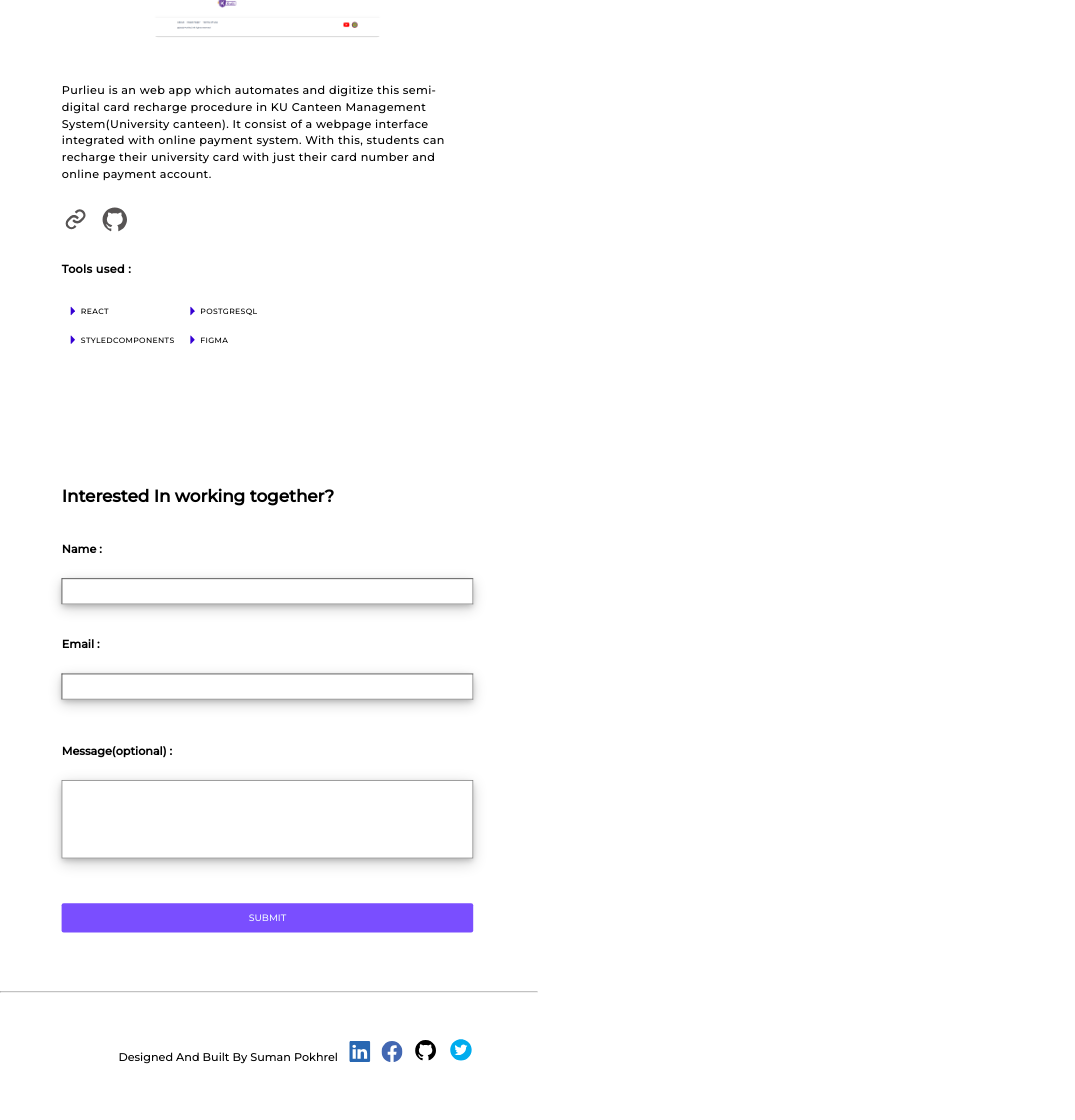
Repository: iamsumanp/portfolio
Page: /
The author's editor kept a copy of each file at every save. The page is drawn from the files as they stood at one save, then again after the next save.
The browser window is 768 px wide. The page is 1536 px wide, so the pictures cover 1536 px, including what lies to the right of the window. The pictures show the part of the page from y = 4315 to 5915 px (the page is 5915 px tall), at 70% of full size.
The project was rebuilt for these pictures with package versions that can differ from the ones it lists, and the page was loaded fresh each time.

Above is the page before, as saved 2022-07-11 15:20:40.

After the next save:
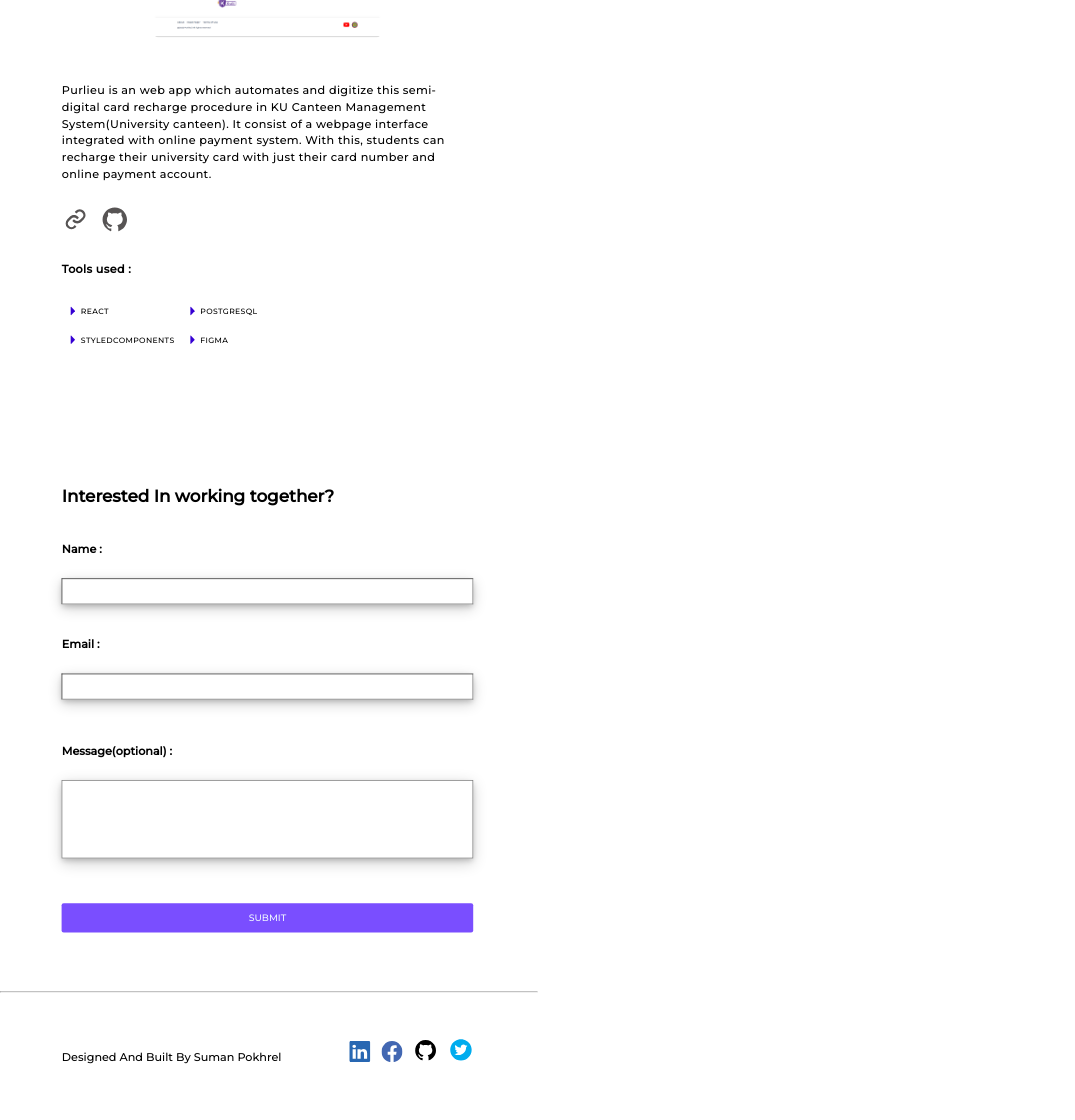
Saved 10 s later.
--- a/src/styles/styles.css
+++ b/src/styles/styles.css
@@ -572,6 +572,7 @@ body {
 .footerSection .footerContainer {
   display: flex;
   flex-direction: row-reverse;
+  justify-content: space-between;
 }
 @media (max-width: 900px) {
   .footerSection .footerContainer {
@@ -602,4 +603,4 @@ body {
   .spSpan {
     text-align: center;
   }
-}/*# sourceMappingURL=styles_20220711152040.css.map */
+}/*# sourceMappingURL=styles_20220711152050.css.map */
